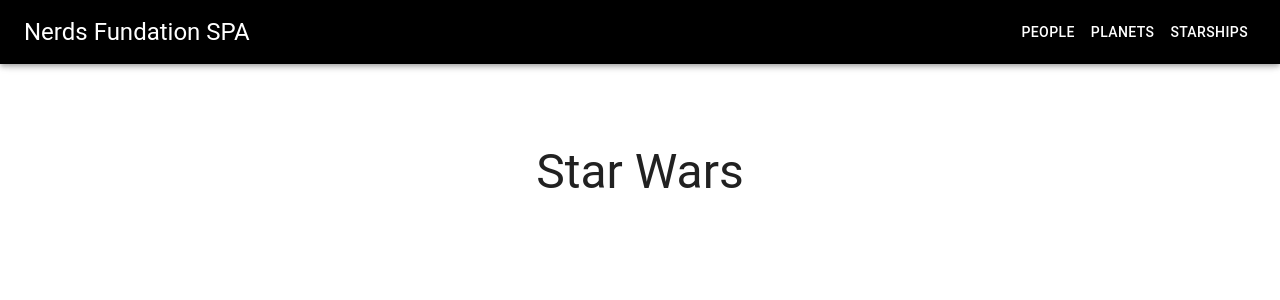
Repository: marianozamora/lisit-challenge
Page: /
An editor plug-in stored every save of this project. The page is shown before and after the next save, followed by the edit.
The browser window is 1280 px wide. The pictures show the whole page.
The page's requests for data from a server got no answer. The project was rebuilt for these pictures with package versions that can differ from the ones it lists, and the page was loaded fresh each time. Some packages were replaced by stand-ins written for this rebuild. No one was signed in, and anything a server would have sent is missing. Also part of the build but not shown: vite.config.ts, src/components/Pagination.tsx, src/components/Planets.tsx, src/components/Starship.tsx, src/components/DetailPeople.tsx, src/components/DetailPlanet.tsx, src/components/DetailStarship.tsx, src/components/ErrorPage.tsx.

Above is the page before, as saved 2023-05-11 01:31:46.

After the next save:
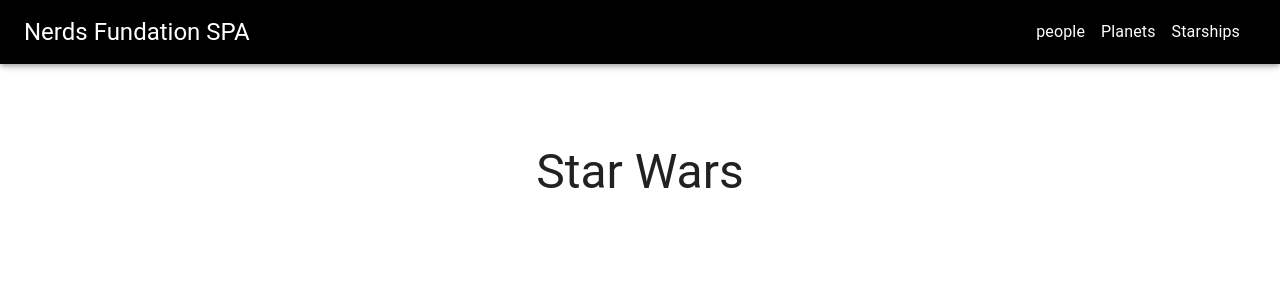
Saved 38 s later.
--- a/src/components/Header.tsx
+++ b/src/components/Header.tsx
@@ -83,13 +83,9 @@
                 </Typography>
                 <Box sx={{ display: { xs: 'none', sm: 'block' } }}>
                 {navItems.map((item) => (
-                    <Button
-                        onClick={() => {
-                            navigate.push(generateLink(item));
-                        } }
-                        key={item} sx={{ color: '#fff' }}>
+                    <Link to={generateLink(item)} className="text-white mr-4" key={item}>
                     {item}
-                    </Button>
+                    </Link>
                 ))}
                 </Box>
             </Toolbar>
